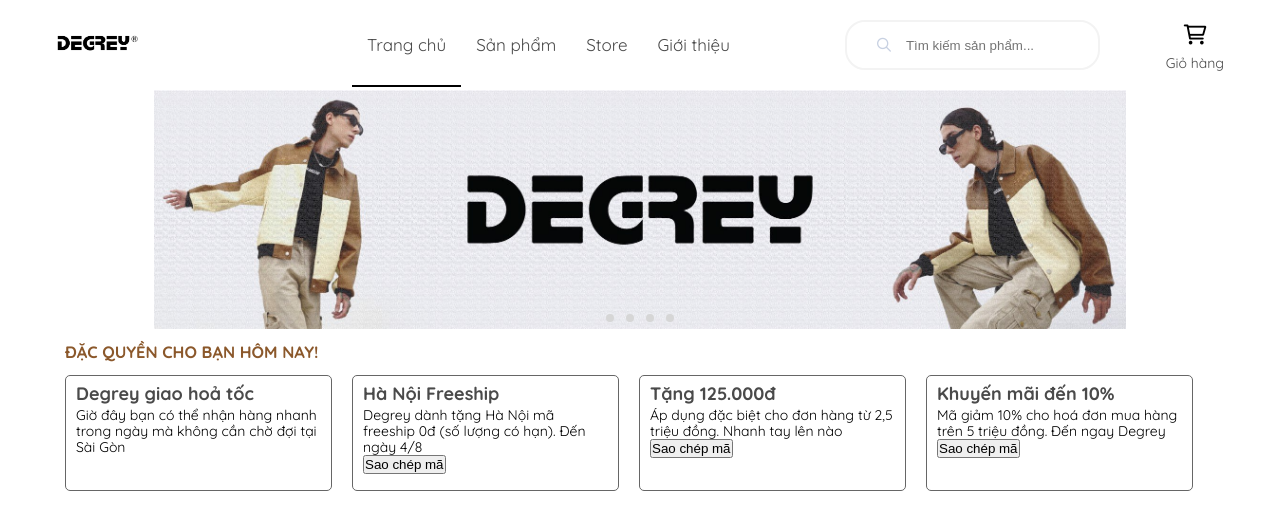
Repository: hieu-dev-1/degrey1
Page: index.html
These files come from the project's save history. The page is drawn as it stood at one moment and after the next save; the edit follows.
The browser window is 1280 px wide. The pictures show the whole page.

Above is the page before, as saved 2022-08-13 09:53:33.

After the next save:
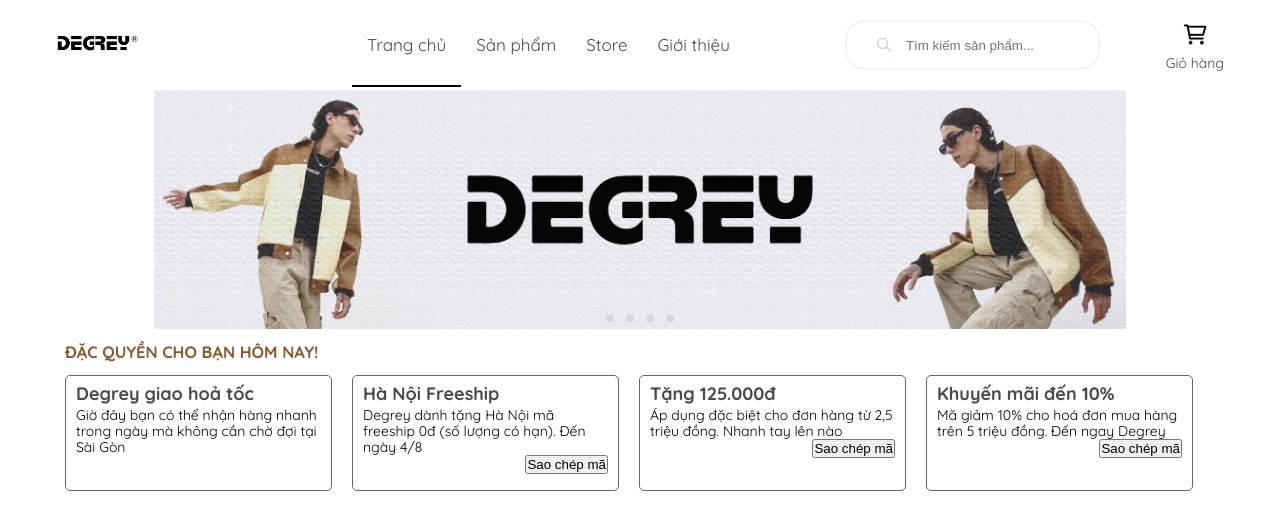
Saved 56 s later.
--- a/assets/css/main.css
+++ b/assets/css/main.css
@@ -200,3 +200,7 @@
     color: #000;
     font-size: 1.4rem;
 }
+
+.web__container-vourcher-item-copy {
+    text-align: right;
+}

After the save that followed:
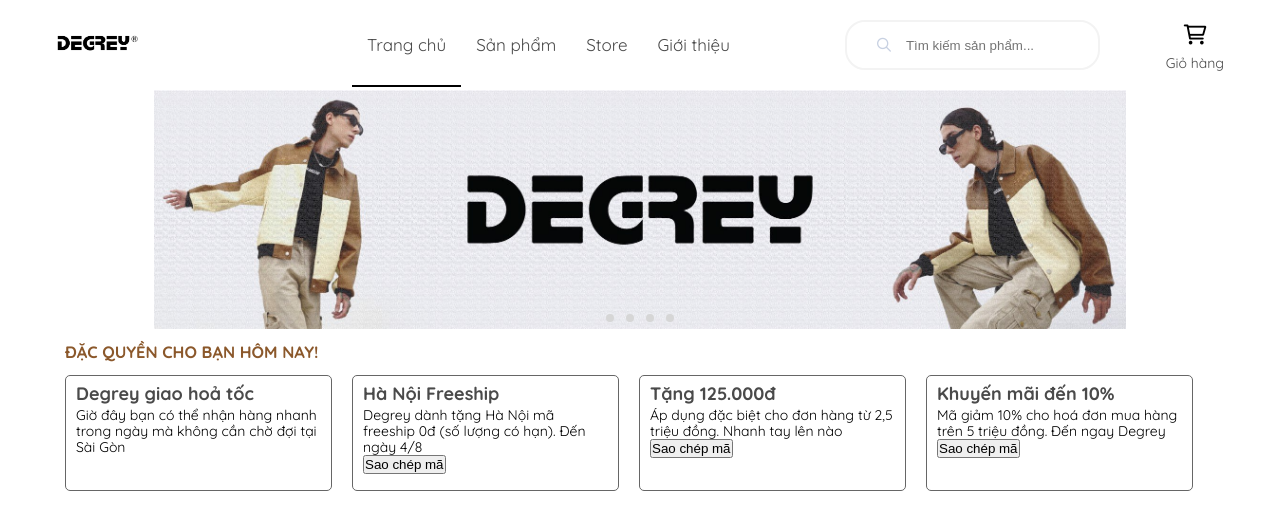
Saved 16 s later.
--- a/assets/css/main.css
+++ b/assets/css/main.css
@@ -202,5 +202,6 @@
 }
 
 .web__container-vourcher-item-copy {
+    position: absolute;
     text-align: right;
 }
